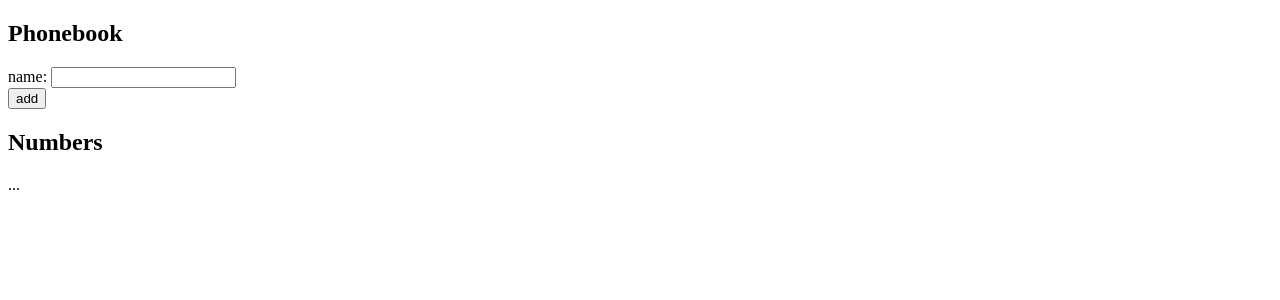
Repository: 4di61/FullStackOpen
Page: / (app in part2/phonebook/)
An editor plug-in stored every save of this project. The page is shown before and after a run of saves, followed by the edit.
The browser window is 1280 px wide. The pictures show the whole page.
The project was rebuilt for these pictures with package versions that can differ from the ones it lists, and the page was loaded fresh each time. Also part of the build but not shown: part2/phonebook/vite.config.js.

Above is the page before, as saved 2024-09-06 11:01:59.

### part2/phonebook/src/App.jsx
import { useState } from 'react'

const App = () => {
  const [persons, setPersons] = useState([
    { name: 'Arto Hellas' }
  ])
  const [newName, setNewName] = useState('')

  return (
    <div>
      <h2>Phonebook</h2>
      <form>
        <div>
          name: <input />
        </div>
        <div>
          <button type="submit">add</button>
        </div>
        <div>
          {}
        </div>
      </form>
      <h2>Numbers</h2>
      ...
    </div>
  )
}

export default App

Loaded but not shown: part2/phonebook/index.html (common file); part2/phonebook/src/main.jsx (common file)

After the next 4 saves:
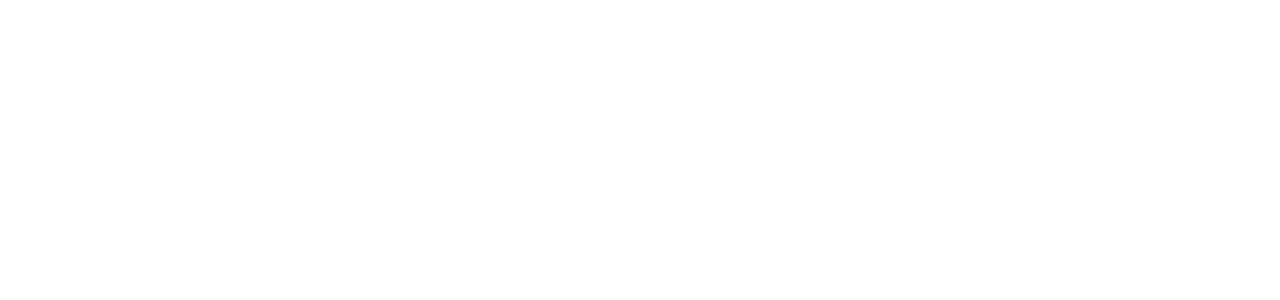
Console error: TypeError: undefined is not a function
The 4 saves are shown as one change because 1 did not build or start and some came seconds apart.
The last was saved 14 s later.
--- a/part2/phonebook/src/App.jsx
+++ b/part2/phonebook/src/App.jsx
@@ -17,7 +17,7 @@
           <button type="submit">add</button>
         </div>
         <div>
-          {}
+          {persons.map()}
         </div>
       </form>
       <h2>Numbers</h2>

After the save that followed:
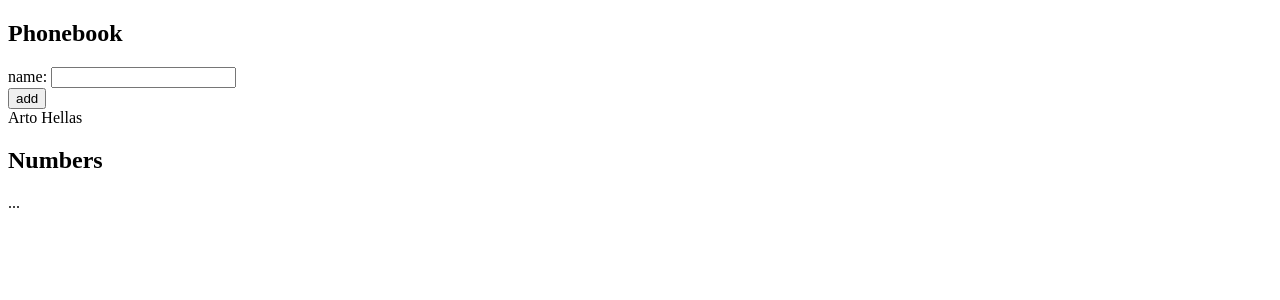
The error is gone.
Saved 6 s later.
--- a/part2/phonebook/src/App.jsx
+++ b/part2/phonebook/src/App.jsx
@@ -17,7 +17,7 @@
           <button type="submit">add</button>
         </div>
         <div>
-          {persons.map()}
+          {persons.map(person => person.name)}
         </div>
       </form>
       <h2>Numbers</h2>
